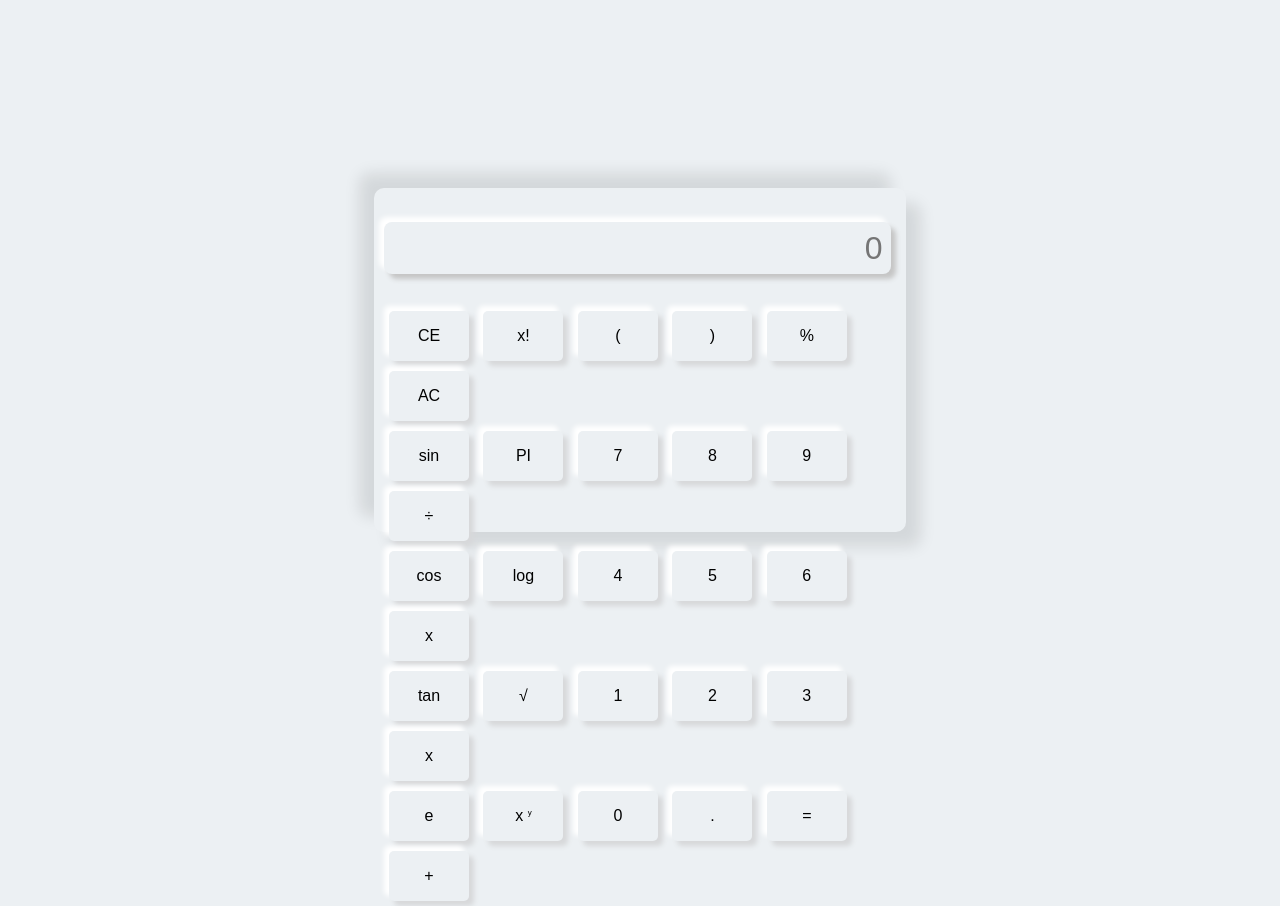
Repository: Haakim19/Scientific-Calculator
Page: intex.html
These files come from the project's save history. The page is drawn as it stood at one moment and after a run of saves; the edit follows.
The browser window is 1280 px wide. The pictures show the whole page.

Above is the page before, as saved 2024-10-27 13:39:37.

### intex.html
<!DOCTYPE html>
<html lang="en">
<head>
    <meta charset="UTF-8">
    <meta name="viewport" content="width=device-width, initial-scale=1.0">
    <title>Scientific Calculator</title>
    <link rel="stylesheet" href="Style.css">
</head>
<body>
    <div class="container">
        <div class="display">
                <input type="text" id="screen" placeholder="0" >
        </div>
        <div class="btns">
            <div class="row">
                <button class="btn">CE</button>
                <button class="btn">x!</button>
                <button class="btn">(</button>
                <button class="btn">)</button>
                <button class="btn">%</button>
                <button class="btn">AC</button>
            </div>
            <div class="row">
                <button class="btn">sin</button>
                <button class="btn">PI</button>
                <button class="btn">7</button>
                <button class="btn">8</button>
                <button class="btn">9</button>
                <button class="btn">÷</button>
            </div>
            <div class="row">
                <button class="btn">cos</button>
                <button class="btn">log</button>
                <button class="btn">4</button>
                <button class="btn">5</button>
                <button class="btn">6</button>
                <button class="btn">x</button>
            </div>
            <div class="row">
                <button class="btn">tan</button>
                <button class="btn">√</button>
                <button class="btn">1</button>
                <button class="btn">2</button>
                <button class="btn">3</button>
                <button class="btn">x</button>
            </div>
            <div class="row">
                <button class="btn">e</button>
                <button class="btn">x <sup style="font-size: 0.5rem;">y</sup></button>
                <button class="btn">0</button>
                <button class="btn">.</button>
                <button class="btn">=</button>
                <button class="btn">+</button>
            </div>
        </div>
</body>

</html>

### Style.css
body{
    /* background-color: #f0f0f0; */
    font-family: Arial, sans-serif;
    margin: 0;
    padding: 0;
    justify-content: center;
    align-items: center;
    display: flex;
    min-height: 100vh;
    background: #ecf0f3;
}

.container{
    width: 40%;
    height: 45vh;
    padding: 10px;
    border-radius: 10px;
    box-shadow: 15px 15px 15px rgba(0, 0, 0, 0.1),
                -15px -15px 15px rgba(0, 0, 0, 0.1);
}
 /* #screen1{
    width: 97%;
    height: 70px;
    border: none;
    outline: none;
    text-align: right;
    padding-right: 0.5rem;
    margin-top: 1.5rem;
    font-size: 2em;
    border-radius: 8px;
    background:#ecf0f3;
    box-shadow: inset 5px 5px 5px rgba(0, 0, 0, 0.2),
                inset -5px -5px 5px rgba(0, 0, 0, 0.1);

} */
.display #screen{
    width: 97%;
    height: 50px;
    border: none;
    outline: none;
    text-align: right;
    padding-right: 0.5rem;
    margin-top: 1.5rem;
    font-size: 2em;
    border-radius: 8px;
    background:#ecf0f3;
    display: flex;
    flex-direction: column;
    box-shadow: 5px 5px 5px #c5c5c5,
                -5px -5px 5px #ffffff;
}

.btns {
    width: 100%;
    cursor: pointer;
    display: flex;
    justify-content: center;
    align-items: center;
    /* border-radius: 5px; */
    margin-top: 2rem;
    flex-direction: column;
}
.btns .row button{
    width: 80px;
    height: 50px;
    margin: 5px;
    border: none;
    outline: none;
    font-size:16px;
    border-radius: 5px;
    cursor: pointer;
    background: #ecf0f3;
    box-shadow: 5px 5px 5px #d7d8da,
                -5px -5px 5px #ffffff;
}

After the next 2 saves:
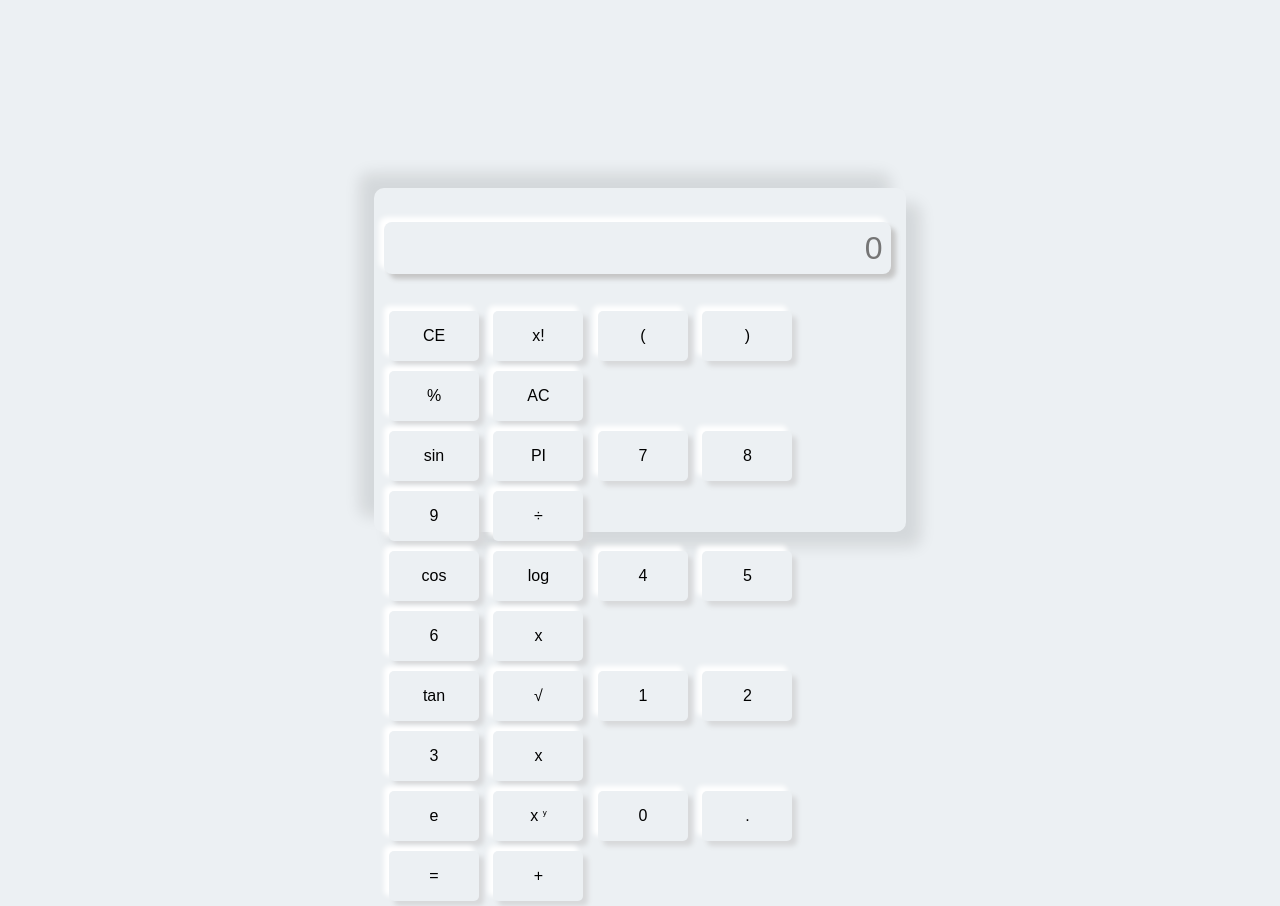
The 2 saves are shown as one change because they came seconds apart.
The last was saved 16 s later.
--- a/Style.css
+++ b/Style.css
@@ -61,7 +61,7 @@ body{
     flex-direction: column;
 }
 .btns .row button{
-    width: 80px;
+    width: 90px;
     height: 50px;
     margin: 5px;
     border: none;
